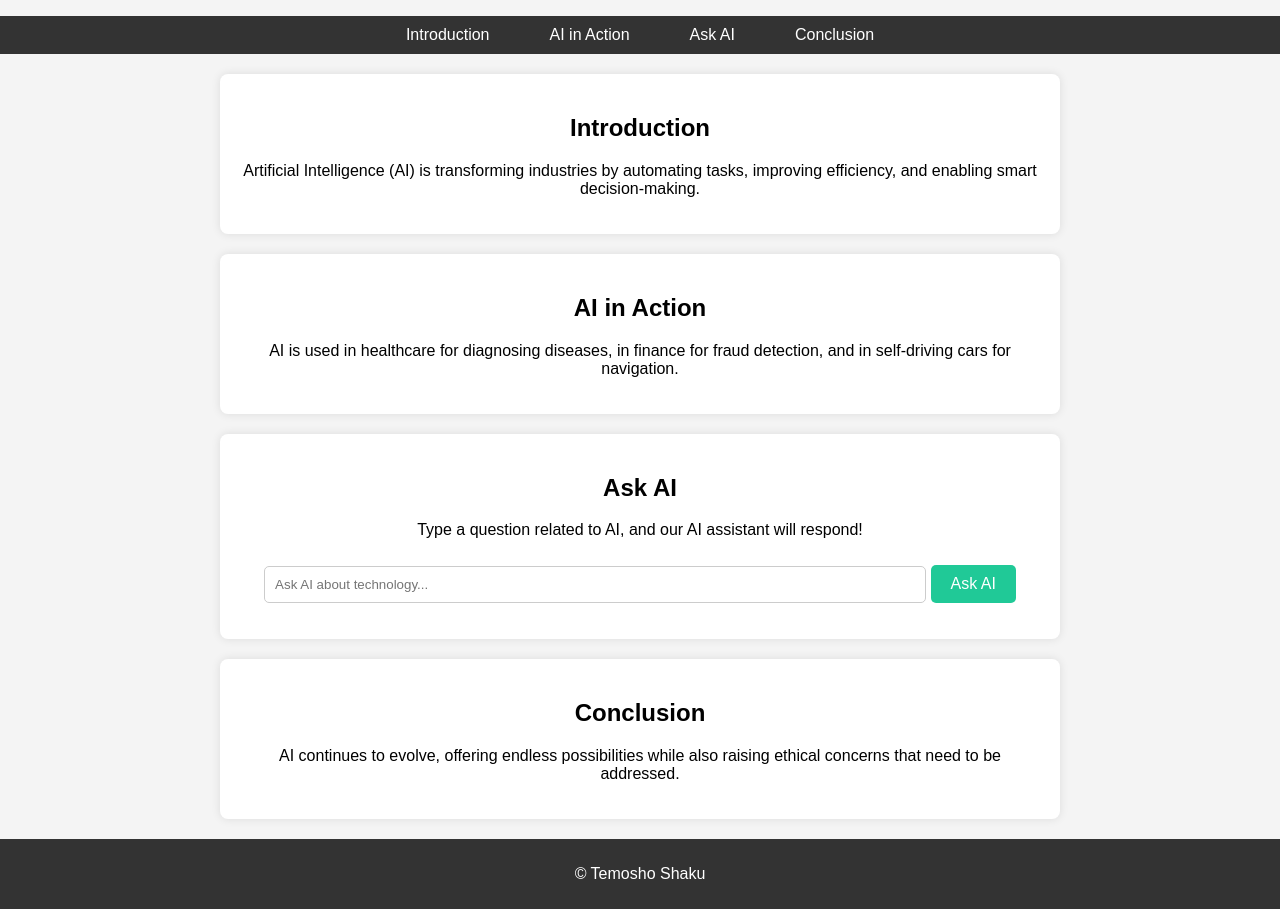
Repository: TemoshoS/ai
Page: index.html
These files come from the project's save history. The page is drawn as it stood at one moment and after the next save; the edit follows.
The browser window is 1280 px wide. The pictures show the whole page.

Above is the page before, as saved 2025-02-16 13:59:06.
Console error: TypeError: Cannot read properties of null (reading 'addEventListener')

After the next save:
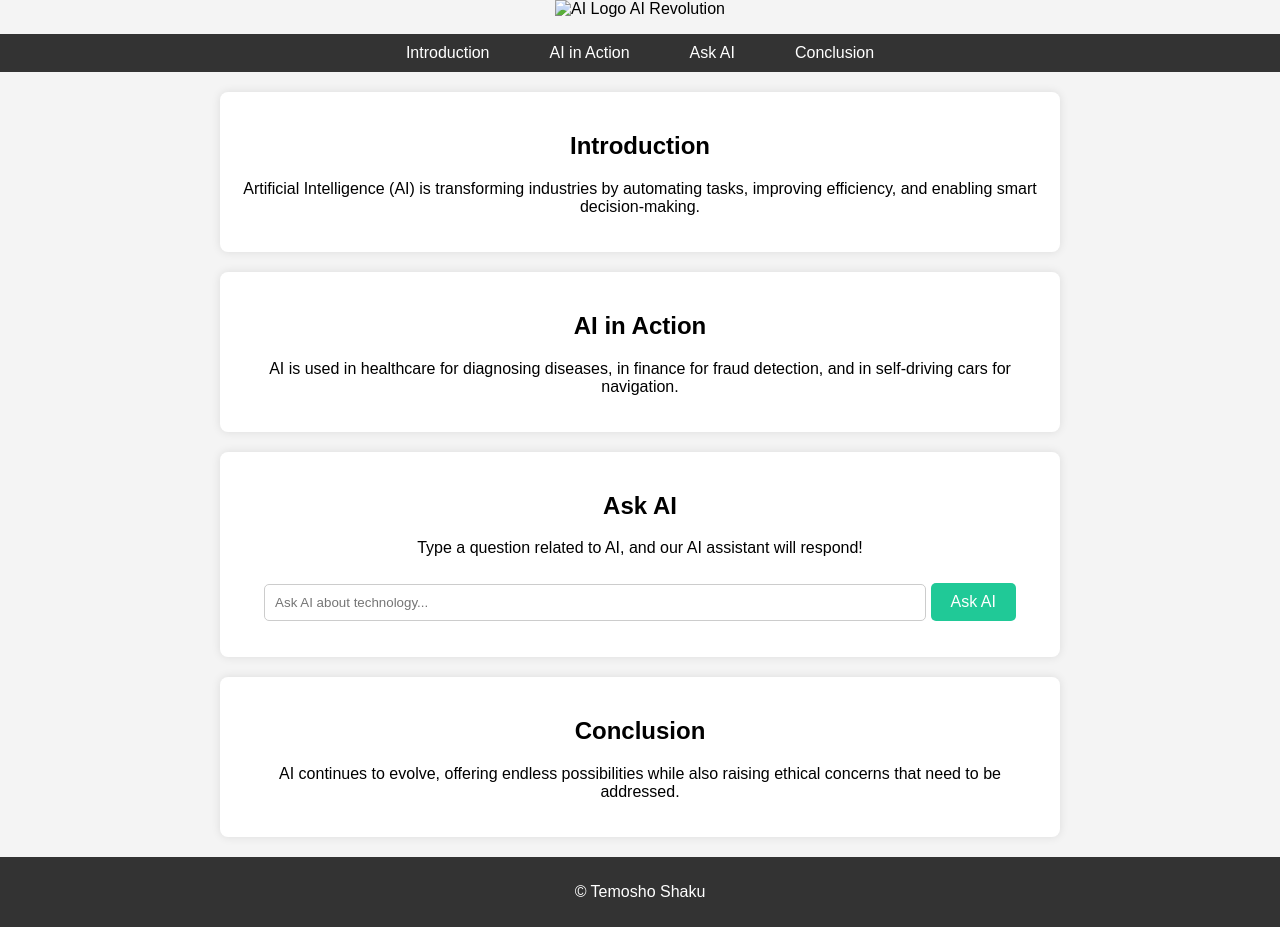
Not found: ai-icon.png
Saved 60 min 44 s later.
--- a/index.html
+++ b/index.html
@@ -9,12 +9,18 @@
 <body>
 
     <nav>
-        <ul>
-            <li><a href="#intro">Introduction</a></li>
-            <li><a href="#body">AI in Action</a></li>
-            <li><a href="#chatbot">Ask AI</a></li>
-            <li><a href="#conclusion">Conclusion</a></li>
-        </ul>
+        <div class="nav-container">
+            <div class="logo">
+                <img src="ai-icon.png" alt="AI Logo">
+                <span>AI Revolution</span>
+            </div>
+            <ul class="nav-links">
+                <li><a href="#intro">Introduction</a></li>
+                <li><a href="#body">AI in Action</a></li>
+                <li><a href="#chatbot">Ask AI</a></li>
+                <li><a href="#conclusion">Conclusion</a></li>
+            </ul>
+        </div>
     </nav>
 
     <section id="intro">
@@ -41,7 +47,7 @@
     </section>
 
     <footer>
-        <p>&copy;  Temosho Shaku</p>
+        <p>&copy; Temosho Shaku</p>
     </footer>
 
     <script src="script.js"></script>
